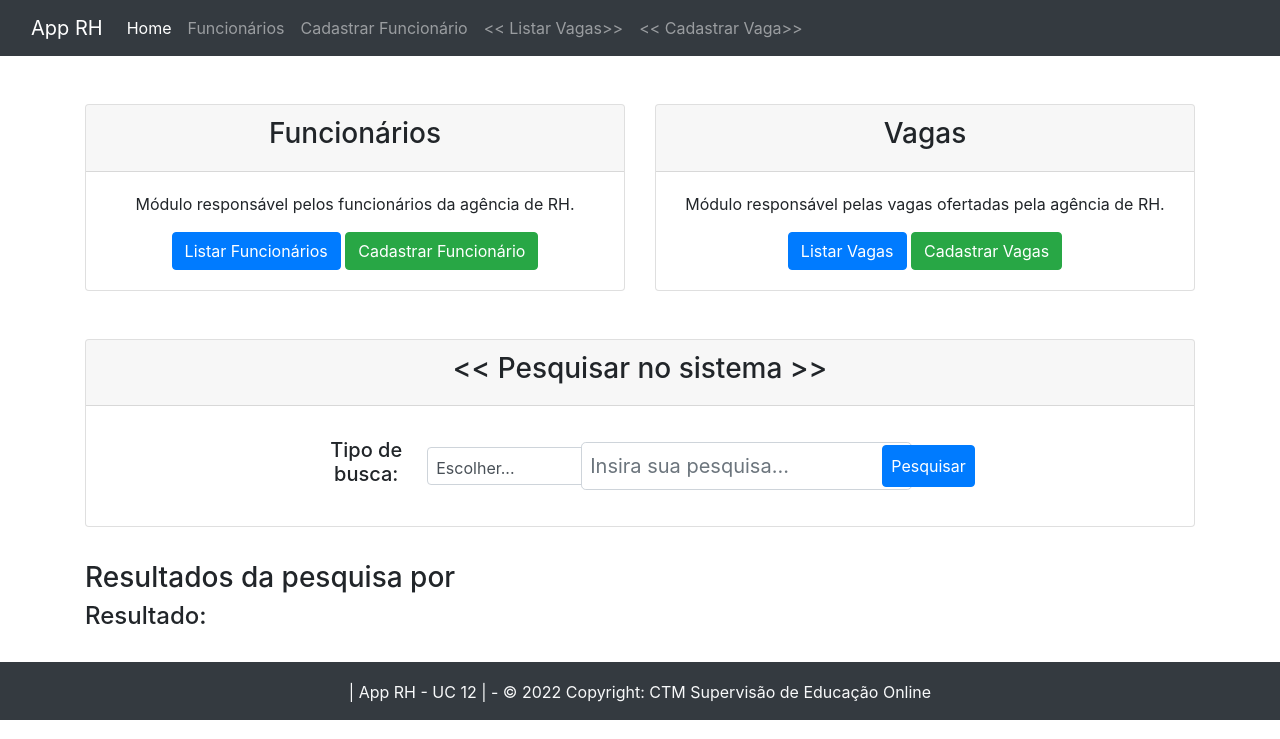
Repository: FilosoDev/SPRING-BOOT-testes
Page: http://localhost/index
An editor plug-in stored every save of this project. The page is shown before and after the next save, followed by the edit.
The browser window is 1280 px wide. The pictures show the whole page.
The page is this project's Thymeleaf template; nobody is signed in. The template is opened directly, without the code that normally fills it, so the values that code supplies are empty.

Above is the page before, as saved 2021-11-23 17:57:22.
Console error: TypeError: Cannot read properties of undefined (reading 'fn')

After the next save:
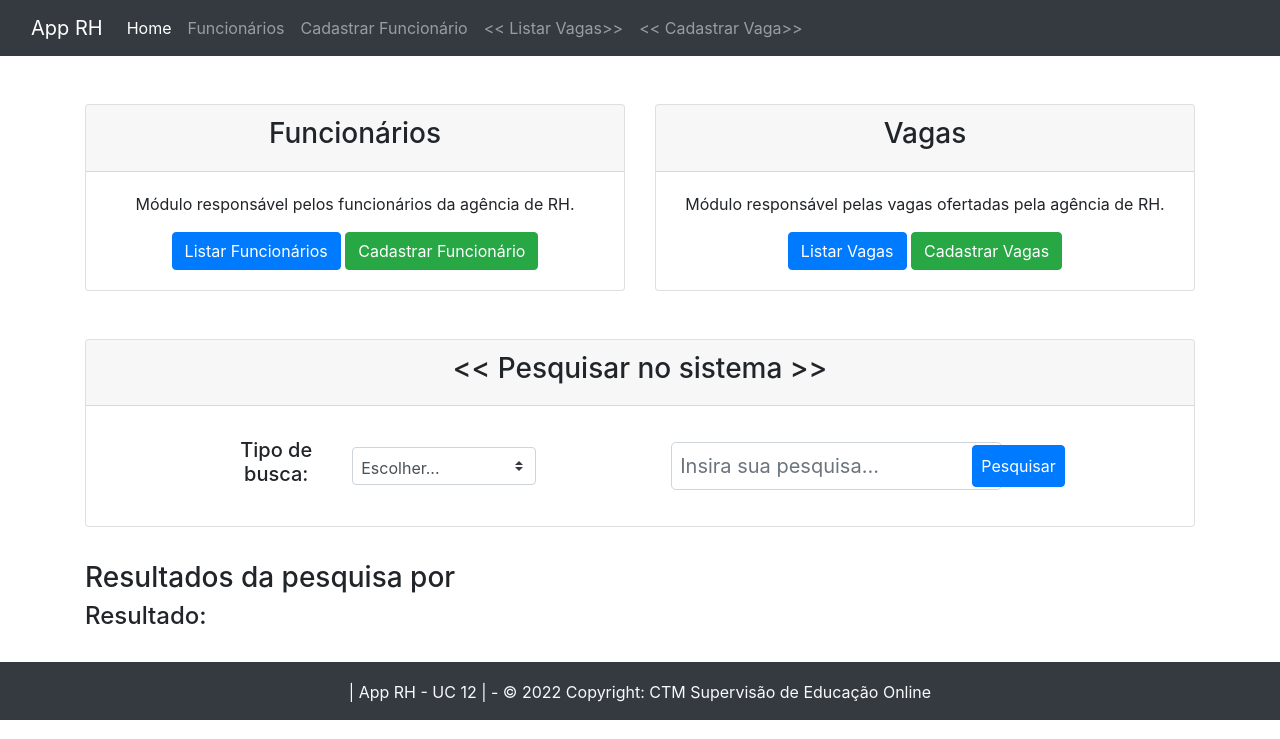
Saved 5 s later.
--- a/AppRH/AppRH/src/main/resources/templates/index.html
+++ b/AppRH/AppRH/src/main/resources/templates/index.html
@@ -110,7 +110,7 @@
 										busca:</h5></label>
 							</div>
 
-							<div class="row">
+							<div class="row col-12 col-md-4">
 
 
 								<select name="busca" id="busca" class="custom-select my-3 p-2">
